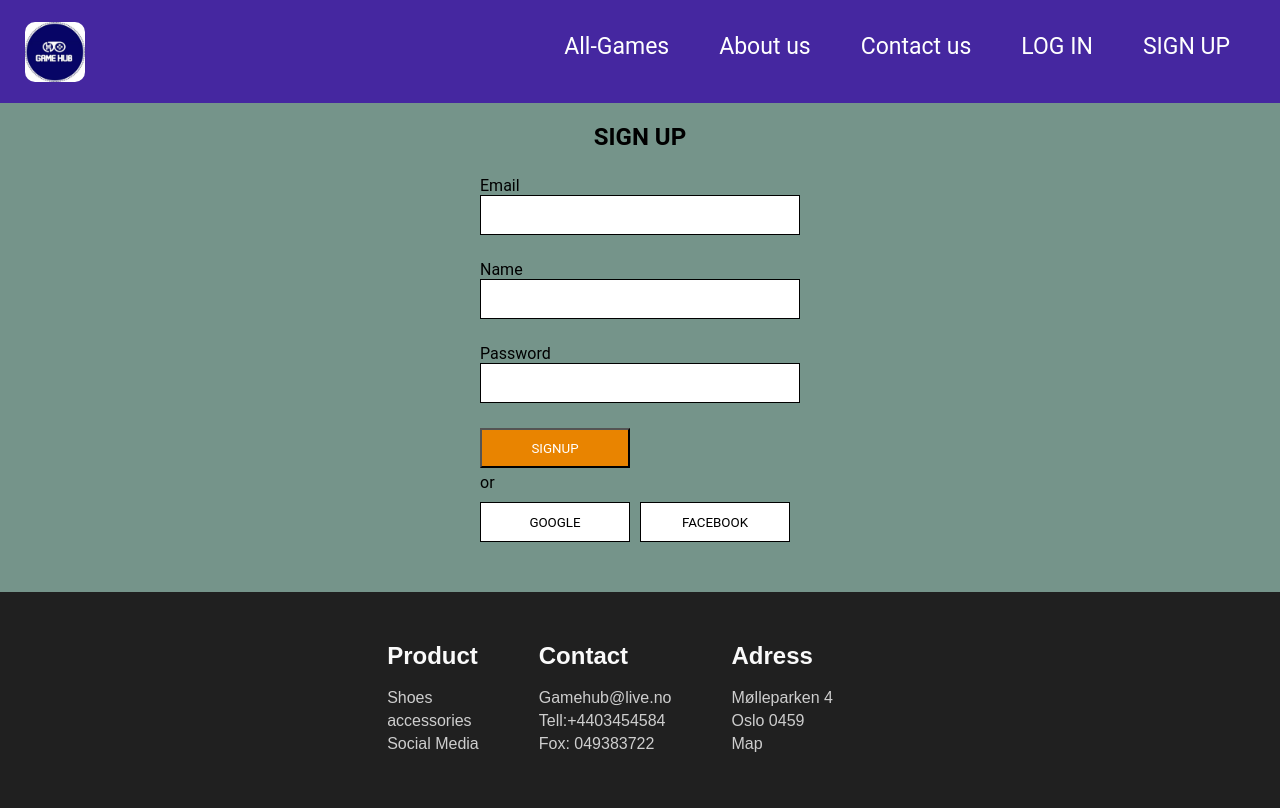
Repository: Fariaddd/HTML-CSS-reset
Page: sign.html
An editor plug-in stored every save of this project. The page is shown before and after the next save, followed by the edit.
The browser window is 1280 px wide. The pictures show the whole page.
The pointer rests on the first visible `#logginn-btn`.
Some web fonts or font styles are not loaded; a fallback is used.

Above is the page before, as saved 2022-05-02 12:10:11.
Console error: SyntaxError: Identifier 'email' has already been declared

After the next save:
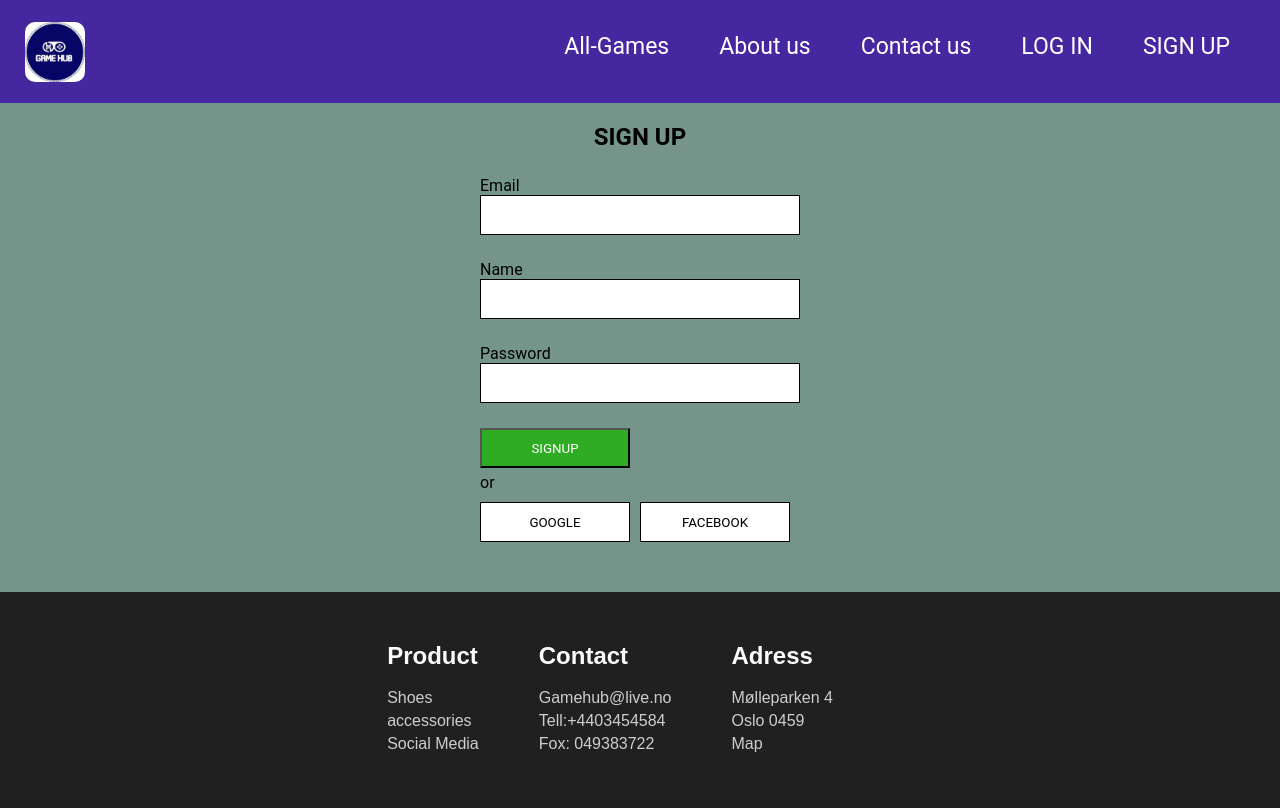
Saved 18 s later.
--- a/style/signup.css
+++ b/style/signup.css
@@ -31,7 +31,7 @@
 }
 
 #logginn-btn:hover {
-  background-color: rgb(233, 132, 0);
+  background-color: rgb(47, 172, 36);
 }
 p {
   margin-top: 5px;
